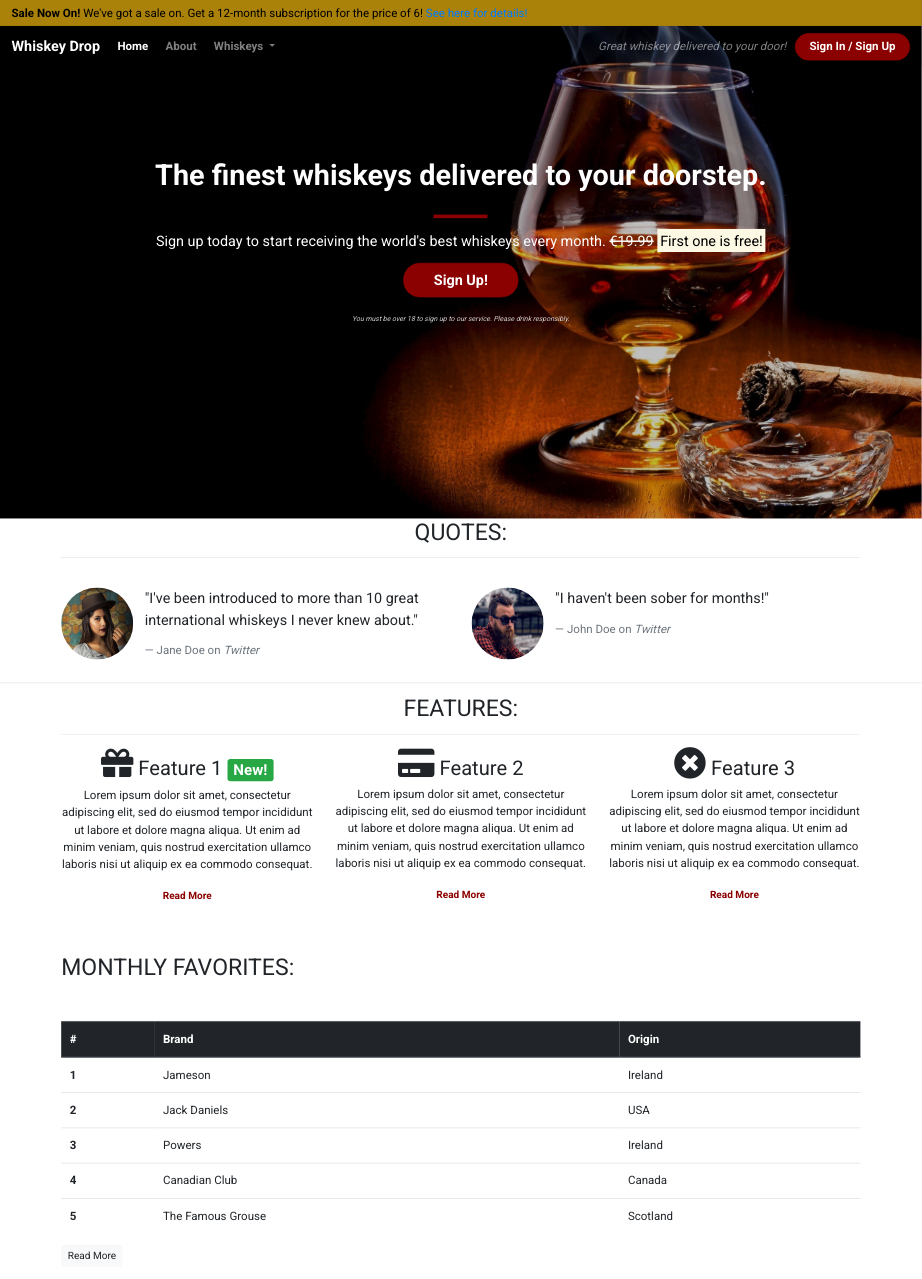
Repository: dof-bull/whiskey-drop
Page: index.html
The author's editor kept a record of every edit. The page is drawn from the files as they stood at one moment, then again after the next edit.
The browser window is 1280 px wide. The pictures show the whole page, at 72% of full size.
Backgrounds fixed to the window are drawn as part of the page. Some web libraries are served in a nearby version.

Above is the page before.

### index.html
<!DOCTYPE html>
<html lang="en-us">

<head>
  <meta charset="utf-8">
  <meta name="viewport" content="width=device-width, initial-scale=1.0">
  <title>Whiskey Drop | Taste a new whiskey every month</title>
  <link rel="stylesheet" href="https://maxcdn.bootstrapcdn.com/bootstrap/4.1.3/css/bootstrap.min.css">
  <link rel="stylesheet" href="https://use.fontawesome.com/releases/v5.6.1/css/all.css" integrity="sha384-gfdkjb5BdAXd+lj+gudLWI+BXq4IuLW5IT+brZEZsLFm++aCMlF1V92rMkPaX4PP" crossorigin="anonymous">
  <link href="https://fonts.googleapis.com/css?family=Roboto:400,700&display=swap" rel="stylesheet">
  <link rel="stylesheet" href="css/style.css" type="text/css" />
</head>

<body>

  <!-- Nav -->
  <div class="container-fluid navalert-container">
        <div class="container-fluid alert-container">
            <div class="row d-none d-sm-block">
                <div class="col-12">
                    <div class="site-wide-alert alert alert-warning">
                        <strong>Sale Now On!</strong> We've got a sale on. Get a 12-month subscription for the price of 6! <a href="">See here for details!</a>
                    </div>
                </div>
            </div>
        </div>
        <nav class="navbar navbar-dark navbar-expand-sm">
            <a href="/" class="navbar-brand">Whiskey Drop</a>

            <button class="navbar-toggler ml-auto" type="button" data-toggle="collapse" data-target="#navbarNavDropdown" aria-controls="navbarNavDropdown" aria-expanded="false" aria-label="Toggle navigation">
        <span class="navbar-toggler-icon"></span></button>

            <div class="collapse navbar-collapse" id="navbarNavDropdown">
                <ul class="navbar-nav mr-auto">
                    <li class="active nav-item mr-2"><a class="nav-link" href="/">Home</a></li>
                    <li class="nav-item mr-2"><a class="nav-link" href="/about">About</a></li>
                    <li class="nav-item dropdown">
                        <a class="nav-link dropdown-toggle" href="#" id="navbarDropdownMenuLink" role="button" data-toggle="dropdown" aria-haspopup="true" aria-expanded="false">
          Whiskeys
        </a>
                        <div class="dropdown-menu" aria-labelledby="navbarDropdownMenuLink">
                            <a class="dropdown-item" href="#">Irish</a>
                            <a class="dropdown-item" href="#">Scotch</a>
                            <a class="dropdown-item" href="#">Japanese</a>
                            <a class="dropdown-item" href="#">American</a>
                        </div>
                    </li>

                    <li class="nav-item mr-2 d-block d-sm-none"><a class="nav-link" href="/login">Sign In / Sign Up</a></li>
                </ul>
            </div>
            <div class="d-none d-md-block">
                <p class="navbar-text my-auto mr-2"><i>Great whiskey delivered to your door!</i></p>
                <a href="/login" class="btn btn--cta btn--red">Sign In / Sign Up</a>
            </div>
        </nav>
    </div>
  <!-- /Nav -->

  <!-- Callout -->
  <div class="container-fluid callout-container">
    <div class="opaque-overlay">&nbsp;</div>
    <div class="row">
      <div class="col-12">
        <section class="callout jumbotron text-center">
          <h1 class="jumbotron-header">The finest whiskeys delivered to your doorstep.</h1>
          <hr class="block-divider block-divider--red">
          <p class="lead">Sign up today to start receiving the world's best whiskeys every month.
            <s class="d-none d-sm-inline">€19.99</s>
            <span class="d-inline d-sm-none"><br></span>
            <strong><mark>First one is free!</mark></strong></p>
          <p><button class="btn btn-lg btn--cta btn--red" data-toggle="modal" data-target="#signUpModal">Sign Up!</button></p>
          <p class="text-muted"><small>You must be over 18 to sign up to our service. Please drink responsibly.</small></p>
        </section>
      </div>
    </div>
  </div>
  <!-- /.callout -->

  <!-- Quotes -->
  <div class="container quotes-container">
    <section class="quotes">
      <div class="row">
        <div class="col-12 page-header">
          <h2 class="text-uppercase">Quotes:</h2>
          <hr />
        </div>
      </div>
      <div class="row">
        <div class="col-12 col-md-6">
          <div class="media">
            <div class="d-none d-sm-block">
              <img src="images/girl-image.png" class="rounded-circle mr-3" height=100 width=100 alt="girl">
            </div>
            <div class="media-body">
              <blockquote class="blockquote">
                <p>"I've been introduced to more than 10 great international whiskeys I never knew about."</p>
                <footer class="blockquote-footer">Jane Doe on <cite title="Twitter">Twitter</cite></footer>
              </blockquote>
            </div>
          </div>
        </div>
        <div class="col-12 col-md-6">
          <div class="media">
            <div class="d-none d-sm-block">
              <img src="images/guy-image.png" class="rounded-circle mr-3" height=100 width=100 alt="guy">
            </div>
            <div class="media-body">
              <blockquote class="blockquote">
                <p>"I haven't been sober for months!"</p>
                <footer class="blockquote-footer">John Doe on <cite title="Twitter">Twitter</cite></footer>
              </blockquote>
            </div>
          </div>
        </div>
      </div>
    </section>
  </div>
  <!-- /.quotes -->
  <hr>
  <!-- Features -->
  <div class="container features-container">
    <section class="features">
      <div class="row">
        <div class="col-12 page-header">
          <h2 class="text-uppercase">Features:</h2>
          <hr />
        </div>
      </div>
      <div class="row">
        <div class="col-12 col-md-6 col-lg-4">
          <div class="feature">
            <h3><i class="fas fa-gift d-none d-sm-inline"></i> Feature 1 <span class="badge badge-success">New!</span></h3>
            <p>Lorem ipsum dolor sit amet, consectetur adipiscing elit, sed do eiusmod tempor incididunt ut labore et dolore magna aliqua. Ut enim ad minim veniam, quis nostrud exercitation ullamco laboris nisi ut aliquip ex ea commodo consequat.</p>
            <p><a class="btn btn-sm btn-light" href="">Read More</a></p>
          </div>
        </div>
        <div class="col-12 col-md-6 col-lg-4">
          <div class="feature">
            <h3><i class="fas fa-credit-card d-none d-sm-inline"></i> Feature 2</h3>
            <p>Lorem ipsum dolor sit amet, consectetur adipiscing elit, sed do eiusmod tempor incididunt ut labore et dolore magna aliqua. Ut enim ad minim veniam, quis nostrud exercitation ullamco laboris nisi ut aliquip ex ea commodo consequat.</p>
            <p><a class="btn btn-sm btn-light" href="">Read More</a></p>
          </div>
        </div>
        <div class="col-12 d-md-none d-lg-block col-lg-4">
          <div class="feature">
            <h3><i class="fas fa-times-circle d-none d-sm-inline"></i> Feature 3</h3>
            <p>Lorem ipsum dolor sit amet, consectetur adipiscing elit, sed do eiusmod tempor incididunt ut labore et dolore magna aliqua. Ut enim ad minim veniam, quis nostrud exercitation ullamco laboris nisi ut aliquip ex ea commodo consequat.</p>
            <p><a class="btn btn-sm btn-light" href="">Read More</a></p>
          </div>
        </div>
      </div>
    </section>
  </div>
  <!-- /.features -->

  <!-- Monthly Favorites -->
  <div class="container monthly-favorites-container ">
    <section class="monthly-favorites d-none d-sm-none d-md-block d-lg-block">
      <div class="row">
        <div class="col-12 my-5">
          <h2 class="text-uppercase">Monthly Favorites:</h2>
        </div>
      </div>
      <table class="table">
        <thead class="thead-dark">
          <tr>
            <th scope="col">#</th>
            <th scope="col">Brand</th>
            <th scope="col">Origin</th>
          </tr>
        </thead>
        <tbody>
          <tr>
            <th scope="row">1</th>
            <td>Jameson</td>
            <td>Ireland</td>
          </tr>
          <tr>
            <th scope="row">2</th>
            <td>Jack Daniels</td>
            <td>USA</td>
          </tr>
          <tr>
            <th scope="row">3</th>
            <td>Powers</td>
            <td>Ireland</td>
          </tr>
          <tr>
            <th scope="row">4</th>
            <td>Canadian Club</td>
            <td>Canada</td>
          </tr>
          <tr>
            <th scope="row">5</th>
            <td>The Famous Grouse</td>
            <td>Scotland</td>
          </tr>
        </tbody>
      </table>
      <p><a class="btn btn-sm btn-light" href=""> Read More</a>
      </p>
    </section>
  </div>
  <!-- /.monthly favorites -->

  <!--  Modal -->
  <div class="modal" tabindex="-1" role="dialog" id="signUpModal">
    <div class="modal-dialog" role="document">
      <div class="modal-content">
        <div class="modal-header">
          <h5 class="modal-title">Sign Up To Whiskey Drop!</h5>
          <button type="button" class="close" data-dismiss="modal" aria-label="Close">
          <span aria-hidden="true">&times;</span>
        </button>
        </div>
        <div class="modal-body">
          <form>
            <div class="form-group">
              <label for="exampleInputEmail1">Email address</label>
              <input type="email" class="form-control" id="exampleInputEmail1" aria-describedby="emailHelp" placeholder="Enter email">
              <small id="emailHelp" class="form-text text-muted">We'll never share your email with anyone else.</small>
            </div>
            <div class="form-group">
              <label for="password">Password</label>
              <input type="password" class="form-control" id="password" placeholder="Password">
            </div>
            <div class="form-group">
              <label for="repeatPassword">Repeat Password</label>
              <input type="password" class="form-control" id="repeatPassword" placeholder="Repeat Password">
            </div>
            <button type="submit" class="btn btn-success">Submit</button>
          </form>
        </div>
      </div>
    </div>
  </div>
  <!--  /Modal -->

  <script src="https://code.jquery.com/jquery-3.3.1.slim.min.js" integrity="sha384-q8i/X+965DzO0rT7abK41JStQIAqVgRVzpbzo5smXKp4YfRvH+8abtTE1Pi6jizo" crossorigin="anonymous"></script>
  <script src="https://cdnjs.cloudflare.com/ajax/libs/popper.js/1.14.7/umd/popper.min.js" integrity="sha384-UO2eT0CpHqdSJQ6hJty5KVphtPhzWj9WO1clHTMGa3JDZwrnQq4sF86dIHNDz0W1" crossorigin="anonymous"></script>
  <script src="https://stackpath.bootstrapcdn.com/bootstrap/4.3.1/js/bootstrap.min.js" integrity="sha384-JjSmVgyd0p3pXB1rRibZUAYoIIy6OrQ6VrjIEaFf/nJGzIxFDsf4x0xIM+B07jRM" crossorigin="anonymous"></script>
</body>

</html>

### css/style.css
body {
    font-family: 'Roboto', sans-serif;
}

.container-wrapper {}

.container-wrapper--red {
    background-color: darkred;
    color: white;
}

.alert-container .col-12 {
    padding-left: 0;
    padding-right: 0;
}

.site-wide-alert {
    border-radius: 0;
    margin-bottom: 0;
    padding: 5px 15px;
    color: black;
    background-color: #aa8109;
    border-color: #aa8109;
}

.callout-container {
    height: 100vh;

    background: url("../images/whiskey-background.jpg") no-repeat bottom right fixed;
    -webkit-background-size: cover;
    -moz-background-size: cover;
    -o-background-size: cover;
    background-size: cover;

    display: flex;
    align-items: center;
    justify-content: center;

    position: relative;
}

.opaque-overlay {
    position: absolute;
    top: 0;
    left: 0;
    height: 100%;
    width: 100%;
    background-color: rgba(0, 0, 0, 0.25);
}

.quotes-container {}

.features-container {}

.monthly-favorites-container {}

/* Page headers */

.page-header {
    margin-bottom: 0;
    border-bottom: 0;
    text-align: center;
}

.page-header h2 {
    margin-top: 0;
}

.quotes .page-header {
    margin-bottom: 25px;
}

/* Block Dividers */

.block-divider {
    width: 75px;
    height: 5px;
    border: 0;
    background-color: darkred;
}

.block-divider--red {
    background-color: darkred;
}

.block-divider--white {
    background-color: white;
}


.block-divider--short {
    width: 35px;
}

/* Content containers */

.content-container {
    padding-top: 75px;
    padding-bottom: 75px;
}

/* Navbar */

.navalert-container {
    position: absolute;
    top: 0;
    left: 0;
    padding-left: 0;
    padding-right: 0;
    z-index: 1;
}

.navbar {
    margin-bottom: 0;
    border: 0;
    width: 100%;
    background-color: rgba(0, 0, 0, 0.25);
}

.navbar .navbar-toggler {
    border: 0;
}

.navbar-brand {
    font-weight: bold;
}

.navbar .navbar-nav a {
    font-weight: bold;
}

/* Jumobtron */

.jumbotron {
    background-color: transparent;
}

.jumbotron-header {
    color: white;
    font-weight: bold;
    margin-bottom: 30px;
}

.jumbotron .lead {
    color: white;
}


.jumbotron small {
    font-size: 60%;
    font-style: italic;
    color: #d0d0d0;
}

/* Buttons */

.btn--cta {
    font-weight: bold;
    border-radius: 23px;
    width: 160px;
}

.btn--red {
    color: white;
    background-color: darkred;
    border-color: darkred;
}

.btn--red:hover,
.btn--red:active,
.btn--red:focus,
.btn--red:active:focus {
    background-color: red;
    border-color: red;
}

.feature {
    text-align: center
}

.feature i {
    margin-bottom: 20px;
    font-size: 45px;
    line-height: 45px;
}

.feature .btn {
    background-color: white;
    border-color: white;
    border-radius: 15px;
    min-width: 100px;
    font-weight: bold;
    margin-top: 1opx;
    color: darkred;
}

After the next edit:
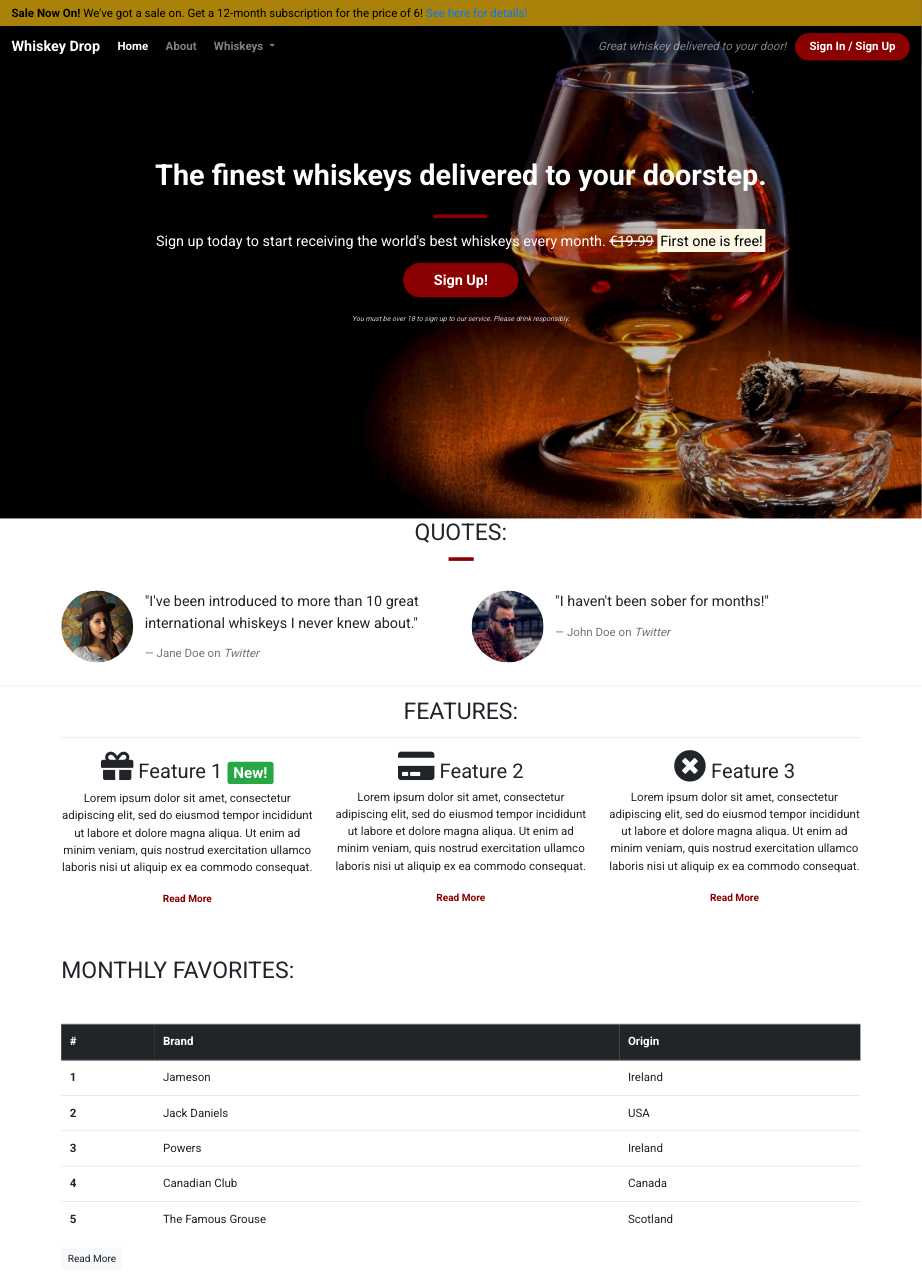
The edit:
--- a/index.html
+++ b/index.html
@@ -15,46 +15,46 @@
 
   <!-- Nav -->
   <div class="container-fluid navalert-container">
-        <div class="container-fluid alert-container">
-            <div class="row d-none d-sm-block">
-                <div class="col-12">
-                    <div class="site-wide-alert alert alert-warning">
-                        <strong>Sale Now On!</strong> We've got a sale on. Get a 12-month subscription for the price of 6! <a href="">See here for details!</a>
-                    </div>
-                </div>
-            </div>
-        </div>
-        <nav class="navbar navbar-dark navbar-expand-sm">
-            <a href="/" class="navbar-brand">Whiskey Drop</a>
-
-            <button class="navbar-toggler ml-auto" type="button" data-toggle="collapse" data-target="#navbarNavDropdown" aria-controls="navbarNavDropdown" aria-expanded="false" aria-label="Toggle navigation">
+    <div class="container-fluid alert-container">
+      <div class="row d-none d-sm-block">
+        <div class="col-12">
+          <div class="site-wide-alert alert alert-warning">
+            <strong>Sale Now On!</strong> We've got a sale on. Get a 12-month subscription for the price of 6! <a href="">See here for details!</a>
+          </div>
+        </div>
+      </div>
+    </div>
+    <nav class="navbar navbar-dark navbar-expand-sm">
+      <a href="/" class="navbar-brand">Whiskey Drop</a>
+
+      <button class="navbar-toggler ml-auto" type="button" data-toggle="collapse" data-target="#navbarNavDropdown" aria-controls="navbarNavDropdown" aria-expanded="false" aria-label="Toggle navigation">
         <span class="navbar-toggler-icon"></span></button>
 
-            <div class="collapse navbar-collapse" id="navbarNavDropdown">
-                <ul class="navbar-nav mr-auto">
-                    <li class="active nav-item mr-2"><a class="nav-link" href="/">Home</a></li>
-                    <li class="nav-item mr-2"><a class="nav-link" href="/about">About</a></li>
-                    <li class="nav-item dropdown">
-                        <a class="nav-link dropdown-toggle" href="#" id="navbarDropdownMenuLink" role="button" data-toggle="dropdown" aria-haspopup="true" aria-expanded="false">
+      <div class="collapse navbar-collapse" id="navbarNavDropdown">
+        <ul class="navbar-nav mr-auto">
+          <li class="active nav-item mr-2"><a class="nav-link" href="/">Home</a></li>
+          <li class="nav-item mr-2"><a class="nav-link" href="/about">About</a></li>
+          <li class="nav-item dropdown">
+            <a class="nav-link dropdown-toggle" href="#" id="navbarDropdownMenuLink" role="button" data-toggle="dropdown" aria-haspopup="true" aria-expanded="false">
           Whiskeys
         </a>
-                        <div class="dropdown-menu" aria-labelledby="navbarDropdownMenuLink">
-                            <a class="dropdown-item" href="#">Irish</a>
-                            <a class="dropdown-item" href="#">Scotch</a>
-                            <a class="dropdown-item" href="#">Japanese</a>
-                            <a class="dropdown-item" href="#">American</a>
-                        </div>
-                    </li>
-
-                    <li class="nav-item mr-2 d-block d-sm-none"><a class="nav-link" href="/login">Sign In / Sign Up</a></li>
-                </ul>
-            </div>
-            <div class="d-none d-md-block">
-                <p class="navbar-text my-auto mr-2"><i>Great whiskey delivered to your door!</i></p>
-                <a href="/login" class="btn btn--cta btn--red">Sign In / Sign Up</a>
-            </div>
-        </nav>
-    </div>
+            <div class="dropdown-menu" aria-labelledby="navbarDropdownMenuLink">
+              <a class="dropdown-item" href="#">Irish</a>
+              <a class="dropdown-item" href="#">Scotch</a>
+              <a class="dropdown-item" href="#">Japanese</a>
+              <a class="dropdown-item" href="#">American</a>
+            </div>
+          </li>
+
+          <li class="nav-item mr-2 d-block d-sm-none"><a class="nav-link" href="/login">Sign In / Sign Up</a></li>
+        </ul>
+      </div>
+      <div class="d-none d-md-block">
+        <p class="navbar-text my-auto mr-2"><i>Great whiskey delivered to your door!</i></p>
+        <a href="/login" class="btn btn--cta btn--red">Sign In / Sign Up</a>
+      </div>
+    </nav>
+  </div>
   <!-- /Nav -->
 
   <!-- Callout -->
@@ -83,7 +83,7 @@
       <div class="row">
         <div class="col-12 page-header">
           <h2 class="text-uppercase">Quotes:</h2>
-          <hr />
+          <hr class="block-divider block-divider--short">
         </div>
       </div>
       <div class="row">
